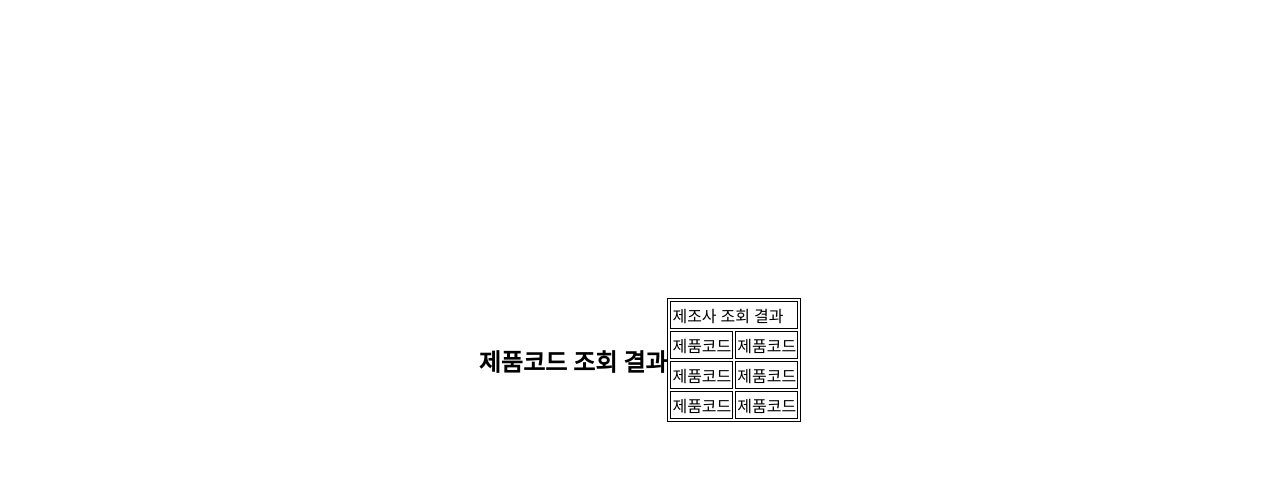
Repository: dlrjsgh367/SW-L5-20V1
Page: http://localhost/SW-L5-20V1/task2_check_result.jsp
These files come from the project's save history. The page is drawn as it stood at one moment and after the next save; the edit follows.
The browser window is 1280 px wide. The pictures show the whole page.
The page is served by Tomcat 9. Other server files are loaded and not shown.

Above is the page before, as saved 2025-01-12 08:34:56.

### SW-L5-20V1/WebContent/task2_check_result.jsp
<%@ page language="java" contentType="text/html; charset=UTF-8" pageEncoding="UTF-8"%>

<html>
<head>
  <meta http-equiv="Content-Type" content="text/html; charset=UTF-8">
  <link rel="stylesheet" href="style.css">
</head>
<body>
  <div class="container">
    <h2 class="ta-c">제품코드 조회 결과 </h2>
    <table>
      <tr>
        <td colspan="2">제조사 조회 결과</td>
      </tr>
      <tr>
        <td>제품코드</td>
        <td>제품코드</td>
      </tr>
      <tr>
        <td>제품코드</td>
        <td>제품코드</td>
      </tr>
      <tr>
        <td>제품코드</td>
        <td>제품코드</td>
      </tr>
    </table>
  </div>
</body>
</html>

### SW-L5-20V1/WebContent/style.css
html, body {
	margin: 0;
	padding: 0;
	height: 100%
}

table, td {
	border: 1px solid;
}

input {
	display: block;
}

button {
	display: block;
}

.container {
	display: flex;
	justify-content: center;
	align-items: center;
	height: 100%;
}

.wrapper {

}

.ta-c {
	text-align: center;
}

.m0a {
	margin: 0 auto;
}

.fd-col {
	flex-direction: column;
}

After the next save:
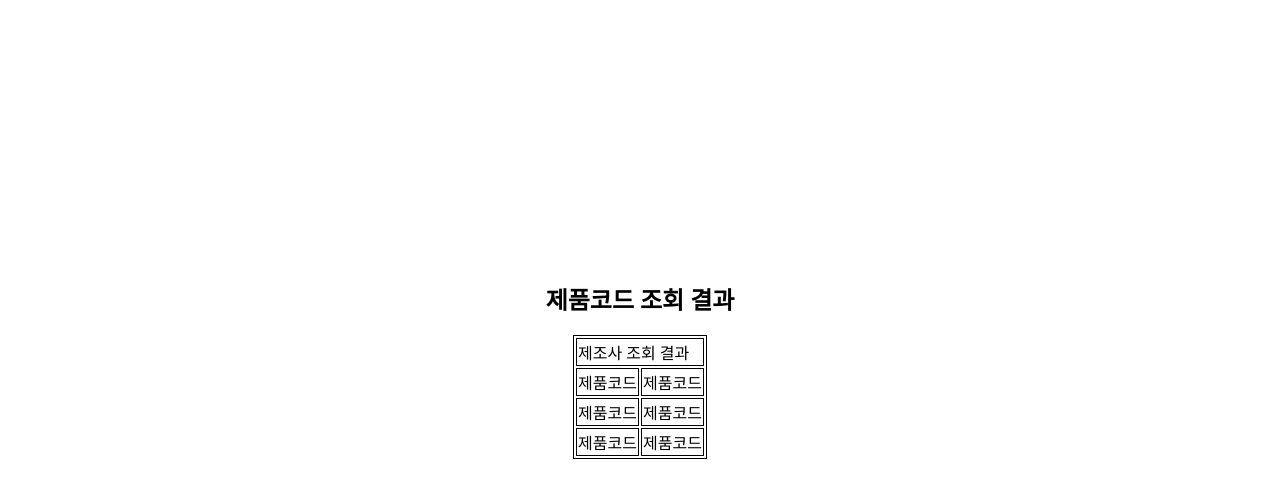
Saved 5 s later.
--- a/SW-L5-20V1/WebContent/task2_check_result.jsp
+++ b/SW-L5-20V1/WebContent/task2_check_result.jsp
@@ -6,7 +6,7 @@
   <link rel="stylesheet" href="style.css">
 </head>
 <body>
-  <div class="container">
+  <div class="container fd-col">
     <h2 class="ta-c">제품코드 조회 결과 </h2>
     <table>
       <tr>
